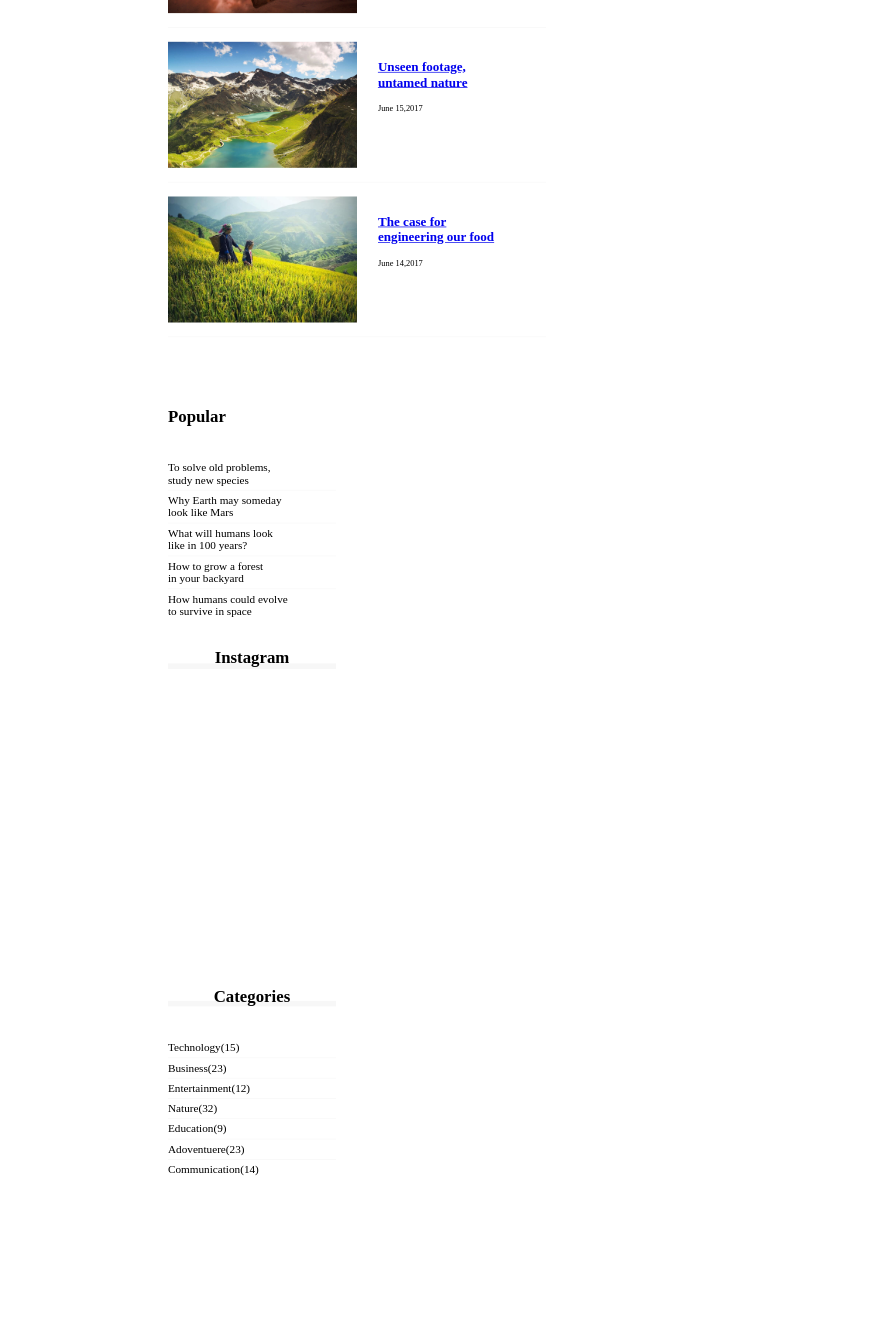
Repository: wakasugisatoi/git
Page: caravan/index2.html
The author's editor kept a record of every edit. The page is drawn from the files as they stood at one moment, then again after the next edit.
The browser window is 1280 px wide. The pictures show the part of the page from y = 1154 to 3074 px (the page is 3074 px tall before and 2972 px after), at 70% of full size.
Some web libraries are served in a nearby version.

Above is the page before.

After the next edit:
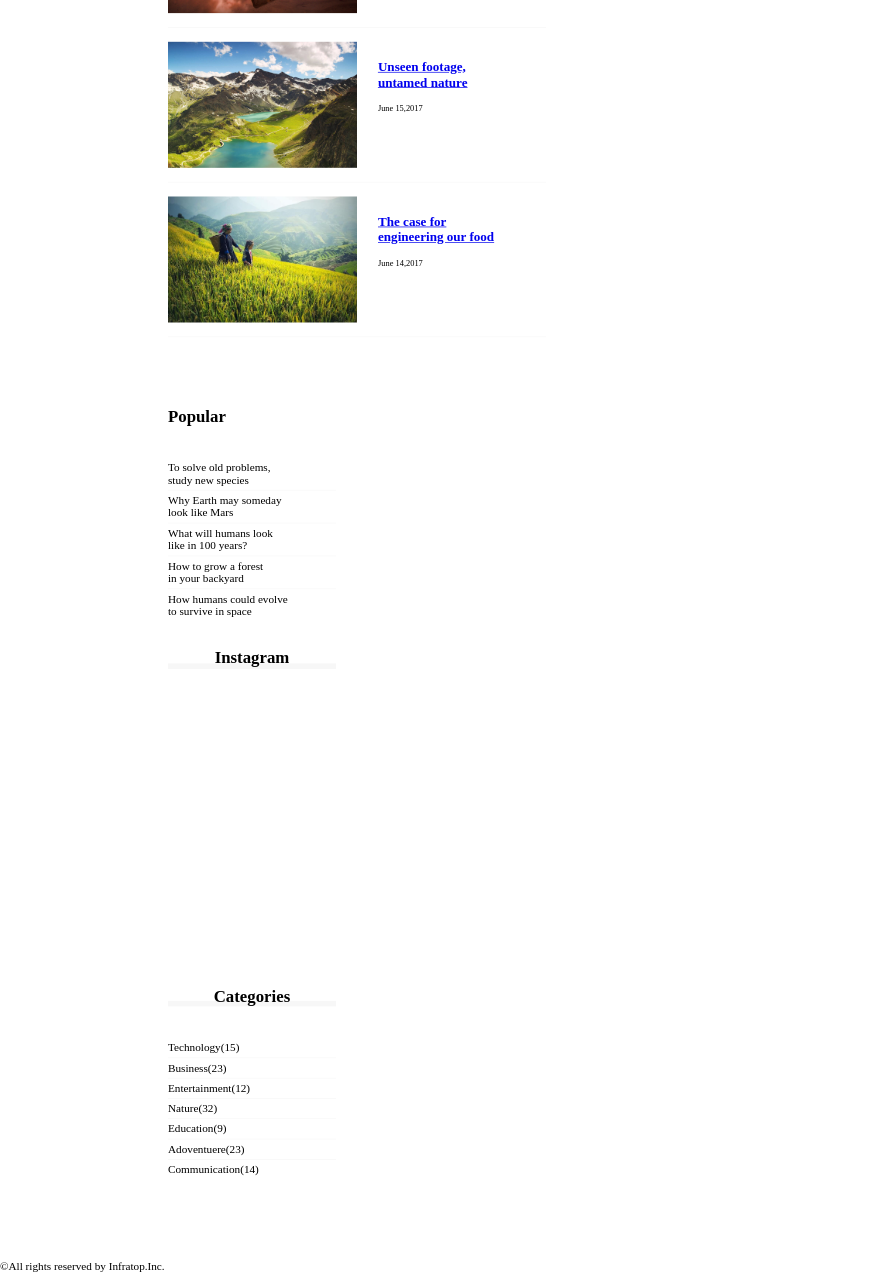
The edit:
--- a/caravan/style2.css
+++ b/caravan/style2.css
@@ -232,17 +232,17 @@
 /*  background-image: url(img/img/road.jpg);*/
 /*}*/
 
-footer{
-  width: 100%;
-  height: 120px;
-  text-align: center;
-  line-height: 120px;
+/*footer{*/
+/*  width: 100%;*/
+/*  height: 120px;*/
+/*  text-align: center;*/
+/*  line-height: 120px;*/
   /*background-color: #848282;*/
-}
-
-.footer-text{
-  color: #fff;
-}
+/*}*/
+
+/*.footer-text{*/
+/*  color: #fff;*/
+/*}*/
 
 /*すべての画面サイズで適用される*/
 /*.social i{*/
